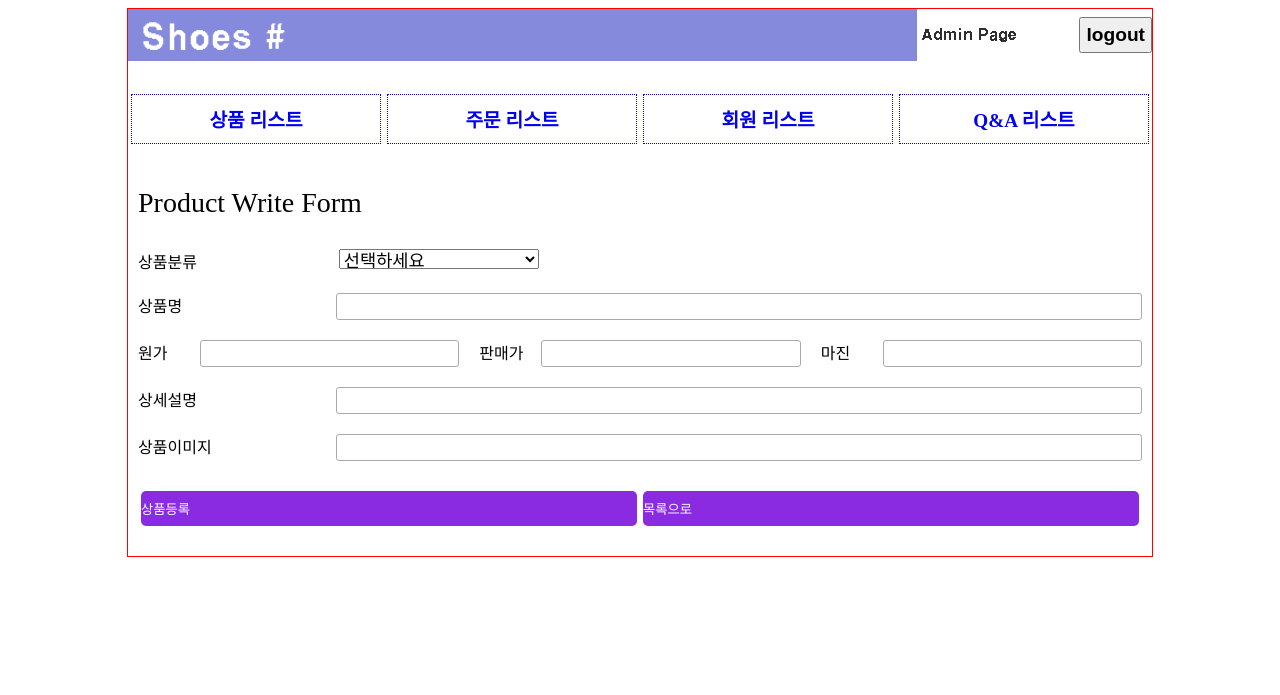
Repository: kkm41/SQL
Page: http://localhost/WEB12_ShoesShop/admin/product/productWrite.jsp
These files come from the project's save history. The page is drawn as it stood at one moment and after the next save; the edit follows.
The browser window is 1280 px wide. The pictures show the whole page.
The page is served by Tomcat 10. The template is opened directly, without the code that normally fills it, so the values that code supplies are empty.

Above is the page before, as saved 2024-05-23 07:39:42.

After the next save:
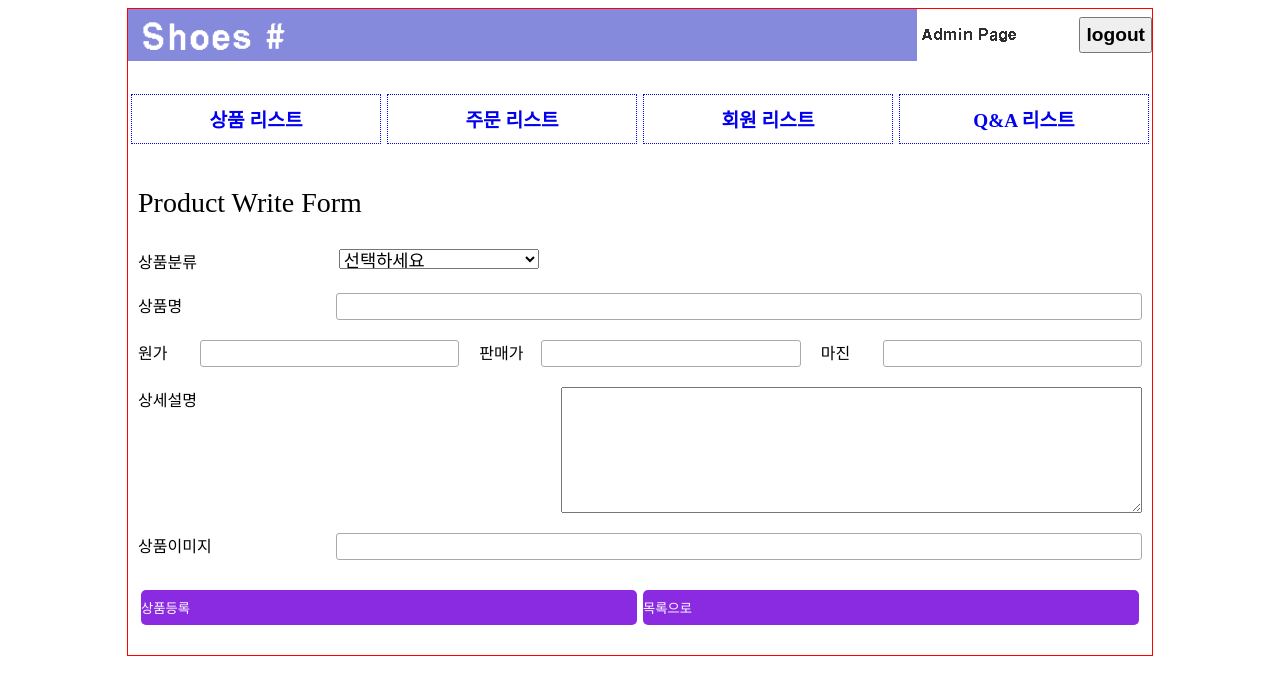
Saved 52 s later.
--- a/workspace/WEB12_ShoesShop/src/main/webapp/admin/product/productWrite.jsp
+++ b/workspace/WEB12_ShoesShop/src/main/webapp/admin/product/productWrite.jsp
@@ -31,7 +31,7 @@
 					</div>
 					<div class="field">
 					<label>상세설명</label>
-						<input type="text" name=""/>
+						<textarea name="content" rows="8" cols="70"></textarea>
 					</div>
 					<div class="field">
 					<label>상품이미지</label>
